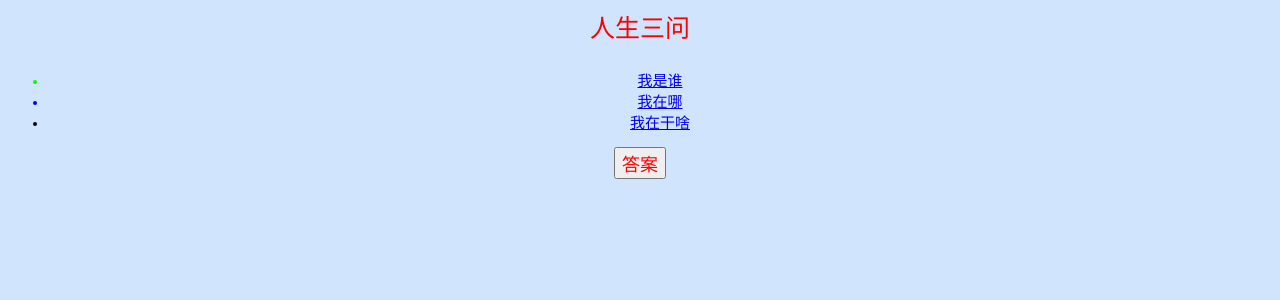
Repository: biuiuiu/springStudy
Page: http://localhost/Sad/
The author's editor kept a copy of each file at every save. The page is drawn from the files as they stood at one save, then again after the next save.
The browser window is 1280 px wide. The pictures show the whole page.
The page is served by Tomcat 9. Other server files are loaded and not shown.

Above is the page before, as saved 2017-06-14 07:43:44.

### Sad/WebContent/index.jsp
<%@ page language="java" import="java.util.*" pageEncoding="UTF-8"%>

<!DOCTYPE HTML PUBLIC "-//W3C//DTD HTML 4.01 Transitional//EN">

<html>

<head>

<title>Sad</title>


<script>


	function loadXMLDoc()
	{
	    var xmlhttp;
	    debugger;
	    if (window.XMLHttpRequest)
	    {
	        // IE7+, Firefox, Chrome, Opera, Safari 浏览器执行代码
	        xmlhttp=new XMLHttpRequest();
	    }
	    else
	    {
	        // IE6, IE5 浏览器执行代码
	        xmlhttp=new ActiveXObject("Microsoft.XMLHTTP");
	    }
	    //和服务器链接的状态改变就触发此函数
	    xmlhttp.onreadystatechange=function()
	    {
	        if (xmlhttp.readyState==4 && xmlhttp.status==200)
	        {
	            document.getElementById("myDiv").innerHTML=xmlhttp.responseText;
	        }
	    }
	    xmlhttp.open("GET","/sad/helloworld/getString/1",true);
	    xmlhttp.send();
	}

</script>

<style>
	body{
		 background-color:#d0e4fe;
		 text-align:center;
	}
	p{
		color:#ff0000;
		font-size:25px;
	}
	ul{
		font-size:15px
	}
	li.first{
		color:#00ff00;
	}
	li.second{
		color:#0000ff;
	}
	button{
		font-size:18px;
		color:red;
	}
</style>
</head>

<body>
	<p>人生三问</p>
	<ul>
		<li class = "first"><a href = "/helloworld/getString/1">我是谁</a></li>
		<li class = "second"><a href = "/sad/where">我在哪</a></li>
		<li class = "third"><a href = "/sad/what">我在干啥</a></li>
	</ul>
	<button onClick = "loadXMLDoc()">答案</button>
	<div id="myDiv"></div>

</body>

</html>

After the next save:
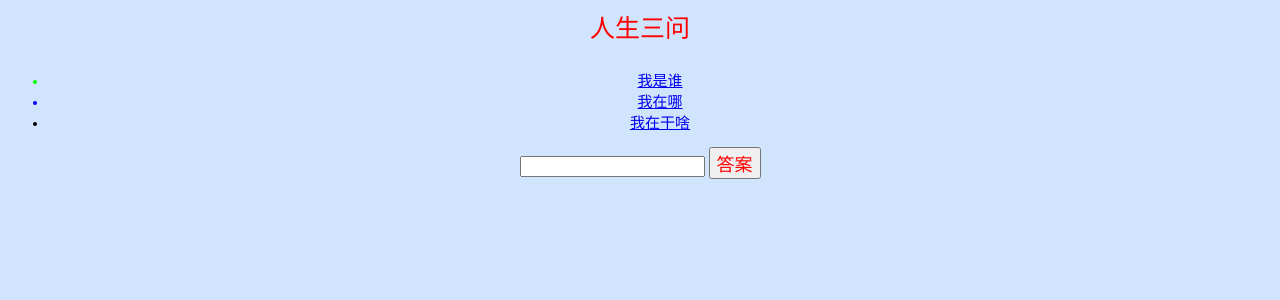
Saved 52 s later.
--- a/Sad/WebContent/index.jsp
+++ b/Sad/WebContent/index.jsp
@@ -72,6 +72,7 @@
 		<li class = "second"><a href = "/sad/where">我在哪</a></li>
 		<li class = "third"><a href = "/sad/what">我在干啥</a></li>
 	</ul>
+	<input id = "input"></input>
 	<button onClick = "loadXMLDoc()">答案</button>
 	<div id="myDiv"></div>
 
